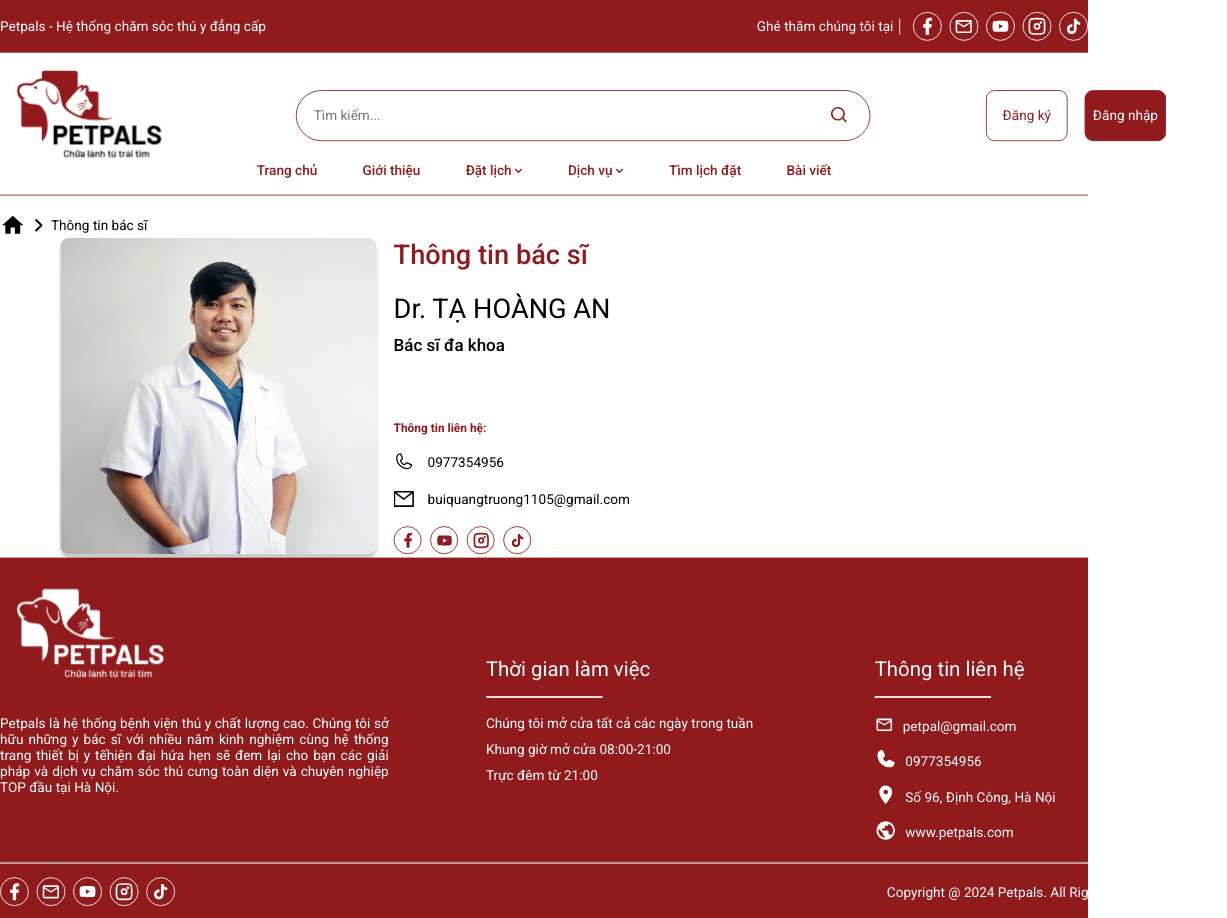
Repository: ahntrung1909/Petpals
Page: /chi-tiet-bac-si (app in petpals-user-main/)
These files come from the project's save history. The page is drawn as it stood at one moment and after the next save; the edit follows.
The browser window is 1280 px wide. The page is 1372 px wide, then 1443 px, so the pictures cover 1443 px, including what lies to the right of the window. The pictures show the whole page, at 85% of full size.
The project was rebuilt for these pictures with package versions that can differ from the ones it lists, and the page was loaded fresh each time. The framework's server and built-in components were replaced by stand-ins that run in the browser. Also part of the build but not shown: petpals-user-main/next.config.js, petpals-user-main/next.config.mjs.

Above is the page before, as saved 2024-04-14 13:23:12.

After the next save:
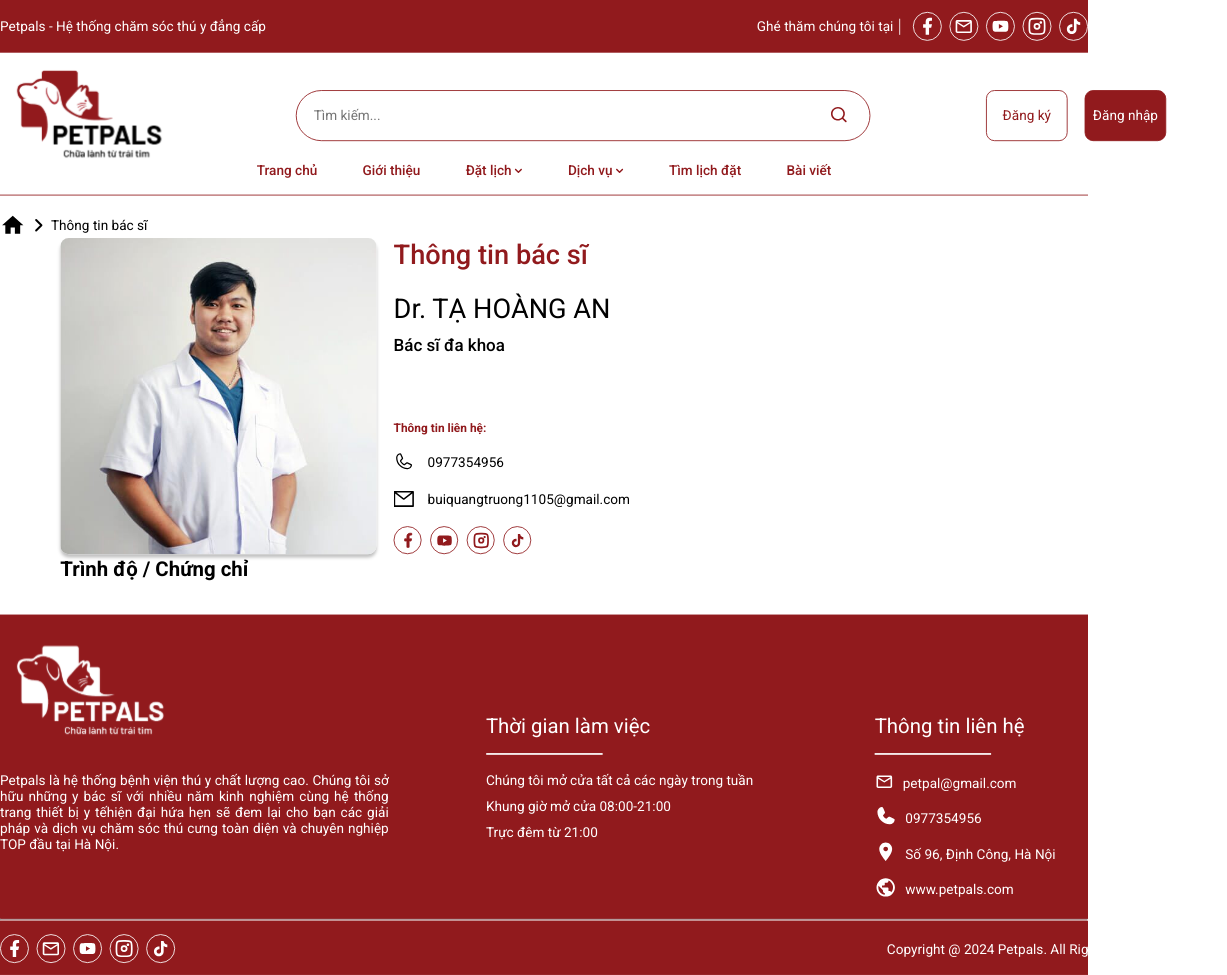
Saved 85 s later.
--- a/petpals-user-main/src/app/chi-tiet-bac-si/page.js
+++ b/petpals-user-main/src/app/chi-tiet-bac-si/page.js
@@ -47,6 +47,15 @@ export default function page() {
             </div>
           </div>
         </div>
+        <div className="degree-wrapper">
+          <h2>Trình độ / Chứng chỉ</h2>
+          <div className="table">
+            <div className="row">
+              <div className="col">2006</div>
+              <div className="col">2006</div>
+            </div>
+          </div>
+        </div>
       </section>
     </main>
   );
